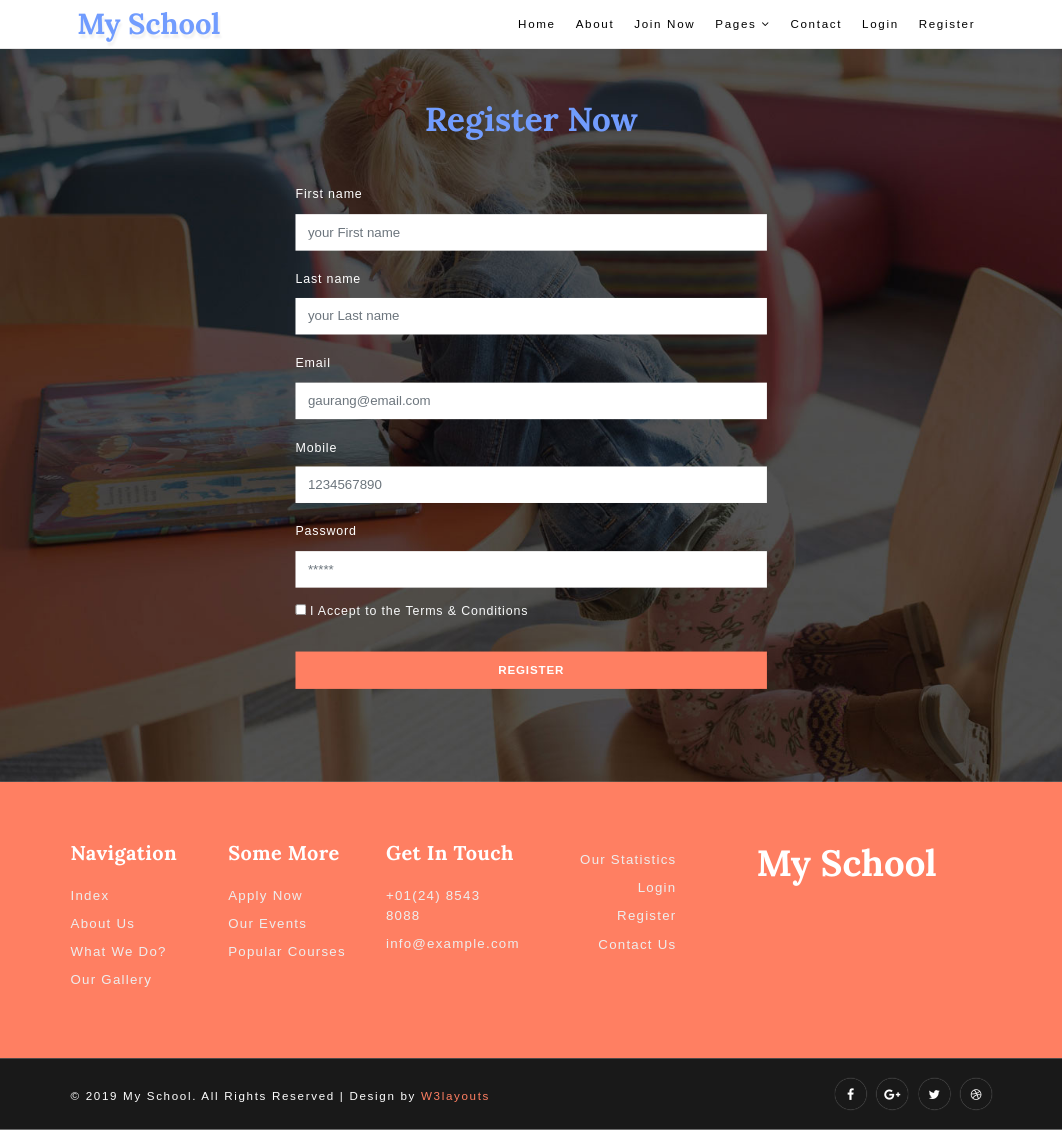
Repository: Gaurangdalvadi6/Web_Technologies_in_JAVA
Page: http://localhost/advance_java_assignment/register.jsp
These files come from the project's save history. The page is drawn as it stood at one moment and after the next save; the edit follows.
The browser window is 1280 px wide. The pictures show the whole page, at 83% of full size.
Some web fonts or font styles are not loaded; a fallback is used. The page is served by Tomcat 9. Other server files are loaded and not shown.

Above is the page before, as saved 2023-04-27 13:30:59.

### advance_java_assignment/src/main/webapp/register.jsp
<%@ page language="java" contentType="text/html; charset=UTF-8"
    pageEncoding="UTF-8"%>
<!--
Author: W3layouts
Author URL: http://w3layouts.com
License: Creative Commons Attribution 3.0 Unported
License URL: http://creativecommons.org/licenses/by/3.0/
-->
<!DOCTYPE HTML>
<html lang="zxx">

<head>
    <title>My School Education Category Bootstrap Responsive website Template | Register :: w3layouts</title>
    <!-- Meta tag Keywords -->
    <meta name="viewport" content="width=device-width, initial-scale=1">
    <meta charset="UTF-8" />
    <meta name="keywords" content="My School Responsive web template, Bootstrap Web Templates, Flat Web Templates, Android Compatible web template, Smartphone Compatible web template, free webdesigns for Nokia, Samsung, LG, SonyEricsson, Motorola web design" />
    <script>
        addEventListener("load", function () {
			setTimeout(hideURLbar, 0);
		}, false);

		function hideURLbar() {
			window.scrollTo(0, 1);
		}
	</script>
    <!-- //Meta tag Keywords -->

    <!-- Custom-Files -->
    <link href="css/bootstrap.css" rel='stylesheet' type='text/css' />
    <!-- Bootstrap-CSS -->
    <link href="css/style.css" rel='stylesheet' type='text/css' />
    <!-- Style-CSS -->
    <link href="css/font-awesome.min.css" rel="stylesheet">
    <!-- Font-Awesome-Icons-CSS -->
    <!-- //Custom-Files -->

    <!-- Web-Fonts -->
    <link href="//fonts.googleapis.com/css?family=Lora:400,400i,700,700i&amp;subset=cyrillic,cyrillic-ext,latin-ext,vietnamese"
        rel="stylesheet">
    <link href="//fonts.googleapis.com/css?family=Dosis:200,300,400,500,600,700,800&amp;subset=latin-ext" rel="stylesheet">
    <!-- //Web-Fonts -->
</head>

<body>
    <!-- header -->
    <header>
        <div class="container">
            <div class="header d-lg-flex justify-content-between align-items-center py-2 px-sm-2 px-1">
                <!-- logo -->
                <div id="logo">
                    <h1><a href="index.html">My School</a></h1>
                </div>
                <!-- //logo -->
                <!-- nav -->
                <div class="nav_w3ls ml-lg-5">
                    <nav>
                        <label for="drop" class="toggle">Menu</label>
                        <input type="checkbox" id="drop" />
                        <ul class="menu">
                            <li><a href="index.html">Home</a></li>
                            <li><a href="index.html">About</a></li>
                            <li><a href="index.html">Join Now</a></li>
                            <li>
                                <!-- First Tier Drop Down -->
                                <label for="drop-2" class="toggle toogle-2">Pages <span class="fa fa-angle-down"
                                        aria-hidden="true"></span>
                                </label>
                                <a href="#">Pages <span class="fa fa-angle-down" aria-hidden="true"></span></a>
                                <input type="checkbox" id="drop-2" />
                                <ul>
                                    <li><a href="index.html" class="drop-text">Events</a></li>
                                    <li><a href="index.html" class="drop-text">What We Do?</a></li>
                                    <li><a href="index.html" class="drop-text">Popular Courses</a></li>
                                    <li><a href="index.html" class="drop-text">Statistics</a></li>
                                    <li><a href="index.html" class="drop-text">Gallery</a></li>
                                </ul>
                            </li>
                            <li><a href="index.html">Contact</a></li>
                            <li><a href="login.html">Login</a></li>
                            <li><a href="register.html">Register</a></li>
                        </ul>
                    </nav>
                </div>
                <!-- //nav -->
            </div>
        </div>
    </header>
    <!-- //header -->

    <!-- inner banner -->
    <div class="inner-banner-w3ls py-5" id="home">
        <div class="container py-xl-5 py-lg-3">
            <!-- register  -->
            <div class="modal-body mt-md-2 mt-5">
                <h3 class="title-w3 mb-5 text-center text-wh font-weight-bold">Register Now</h3>
                <form action="#" method="post">
                    <div class="form-group">
                        <label class="col-form-label">First name</label>
                        <input type="text" class="form-control" placeholder="your First name" name="fname" required="">
                    </div>
                    <div class="form-group">
                        <label class="col-form-label">Last name</label>
                        <input type="text" class="form-control" placeholder="your Last name" name="lname" required="">
                    </div>
                    <div class="form-group">
                        <label class="col-form-label">Email</label>
                        <input type="email" class="form-control" placeholder="gaurang@email.com" name="email"
                            required="">
                    </div>
                    <div class="form-group">
                        <label class="col-form-label">Mobile</label>
                        <input type="tel" class="form-control" placeholder="1234567890" name="mobile"
                            required="" min="10" maxlength="10">
                    </div>
                    <div class="form-group">
                        <label class="col-form-label">Password</label>
                        <input type="password" class="form-control" placeholder="*****" name="Password" required="">
                    </div>
                    <div class="sub-w3l my-3">
                        <div class="sub-w3layouts_hub">
                            <input type="checkbox" id="brand1" value="">
                            <label for="brand1" class="text-li text-style-w3ls">
                                <span></span>I Accept to the Terms & Conditions</label>
                        </div>
                    </div>
                    <button type="submit" class="btn button-style-w3">Register</button>
                </form>
            </div>
            <!-- //register -->
        </div>
    </div>
    <!-- //inner banner -->

    <!-- footer -->
    <footer class="py-5">
        <div class="container py-xl-4 py-lg-3">
            <div class="row footer-grids">
                <div class="col-lg-2 col-6 footer-grid">
                    <h3 class="mb-sm-4 mb-3">Navigation</h3>
                    <ul class="list-unstyled">
                        <li>
                            <a href="index.html">Index</a>
                        </li>
                        <li>
                            <a href="index.html">About Us</a>
                        </li>
                        <li>
                            <a href="index.html">What We Do?</a>
                        </li>
                        <li>
                            <a href="index.html">Our Gallery</a>
                        </li>
                    </ul>
                </div>
                <div class="col-lg-2 col-6 footer-grid">
                    <h3 class="mb-sm-4 mb-3">Some More</h3>
                    <ul class="list-unstyled">
                        <li>
                            <a href="index.html">Apply Now</a>
                        </li>
                        <li>
                            <a href="index.html">Our Events</a>
                        </li>
                        <li>
                            <a href="index.html">Popular Courses</a>
                        </li>
                    </ul>
                </div>
                <div class="col-lg-2 col-6 footer-grid footer-contact mt-lg-0 mt-4">
                    <h3 class="mb-sm-4 mb-3">Get In Touch</h3>
                    <ul class="list-unstyled">
                        <li>
                            +01(24) 8543 8088
                        </li>
                        <li>
                            <a href="mailto:info@example.com">info@example.com</a>
                        </li>
                    </ul>
                </div>
                <div class="col-lg-2 col-6 footer-grid text-lg-right">
                    <ul class="list-unstyled">
                        <li>
                            <a href="index.html">Our Statistics</a>
                        </li>
                        <li>
                            <a href="login.html">Login</a>
                        </li>
                        <li>
                            <a href="register.html">Register</a>
                        </li>
                        <li>
                            <a href="index.html">Contact Us</a>
                        </li>
                    </ul>
                </div>
                <div class="col-lg-4 footer-grid mt-lg-0 mt-4">
                    <div class="footer-logo">
                        <h2 class="text-lg-center text-center">
                            <a class="logo text-wh font-weight-bold" href="index.html">
                                My School</a>
                        </h2>
                    </div>
                </div>
            </div>
        </div>
    </footer>
    <!-- //footer -->
    <!-- copyright -->
    <div class="copyright-w3ls py-4">
        <div class="container">
            <div class="row">
                <!-- copyright -->
                <p class="col-lg-8 copy-right-grids text-wh text-lg-left text-center mt-lg-2">© 2019 My School. All
                    Rights Reserved | Design by
                    <a href="https://w3layouts.com/" target="_blank">W3layouts</a>
                </p>
                <!-- //copyright -->
                <!-- social icons -->
                <div class="col-lg-4 w3social-icons text-lg-right text-center mt-lg-0 mt-3">
                    <ul>
                        <li>
                            <a href="#" class="rounded-circle">
                                <span class="fa fa-facebook-f"></span>
                            </a>
                        </li>
                        <li class="px-2">
                            <a href="#" class="rounded-circle">
                                <span class="fa fa-google-plus"></span>
                            </a>
                        </li>
                        <li>
                            <a href="#" class="rounded-circle">
                                <span class="fa fa-twitter"></span>
                            </a>
                        </li>
                        <li class="pl-2">
                            <a href="#" class="rounded-circle">
                                <span class="fa fa-dribbble"></span>
                            </a>
                        </li>
                    </ul>
                </div>
                <!-- //social icons -->
            </div>
        </div>
    </div>
    <!-- //copyright -->
    <!-- move top icon -->
    <a href="#home" class="move-top text-center">
        <span class="fa fa-angle-double-up" aria-hidden="true"></span>
    </a>
    <!-- //move top icon -->

</body>

</html>

Loaded but not shown: advance_java_assignment/src/main/webapp/css/bootstrap.css (library); advance_java_assignment/src/main/webapp/css/font-awesome.min.css (library); advance_java_assignment/src/main/webapp/css/style.css (1771 lines, source omitted)

After the next save:
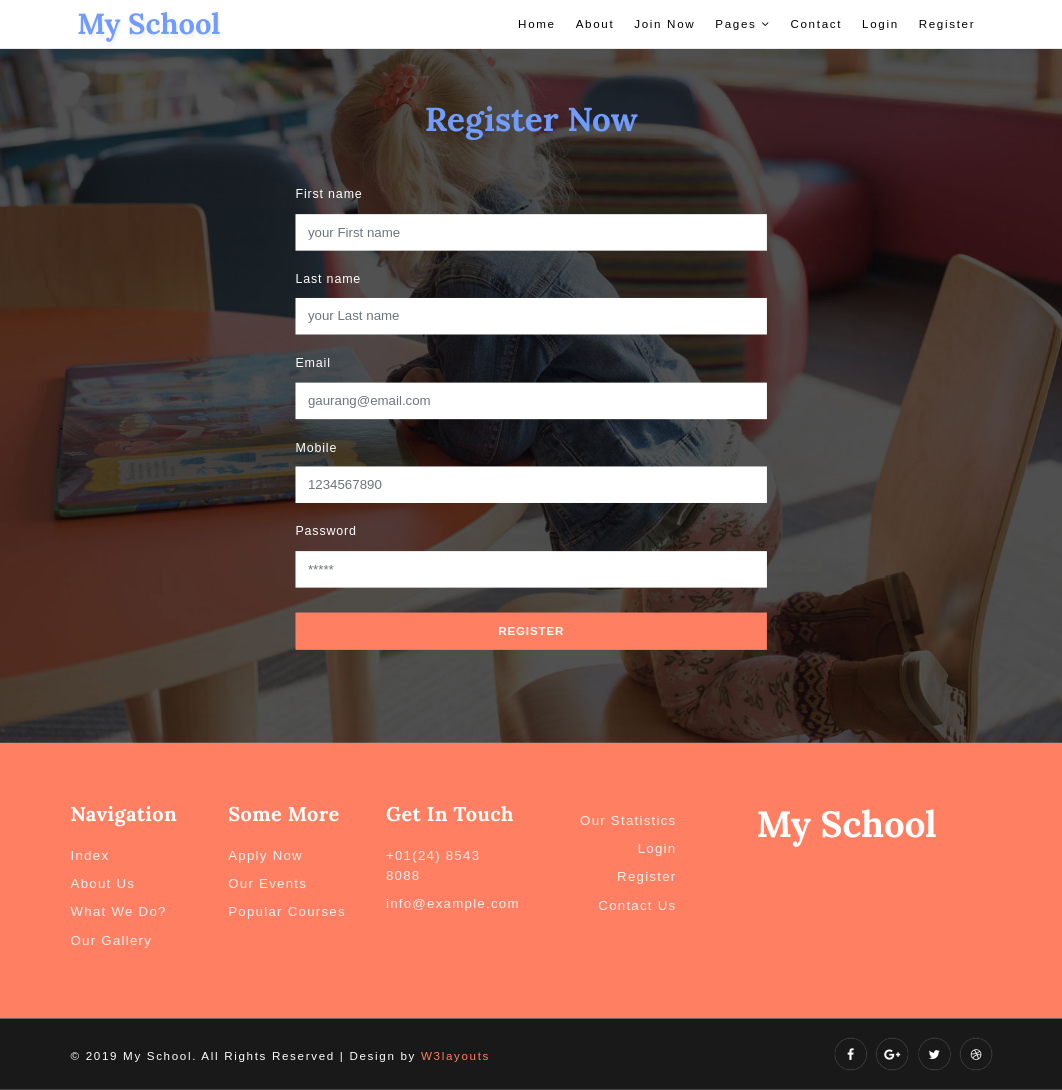
Saved 48 s later.
--- a/advance_java_assignment/src/main/webapp/register.jsp
+++ b/advance_java_assignment/src/main/webapp/register.jsp
@@ -117,13 +117,6 @@ License URL: http://creativecommons.org/licenses/by/3.0/
                         <label class="col-form-label">Password</label>
                         <input type="password" class="form-control" placeholder="*****" name="Password" required="">
                     </div>
-                    <div class="sub-w3l my-3">
-                        <div class="sub-w3layouts_hub">
-                            <input type="checkbox" id="brand1" value="">
-                            <label for="brand1" class="text-li text-style-w3ls">
-                                <span></span>I Accept to the Terms & Conditions</label>
-                        </div>
-                    </div>
                     <button type="submit" class="btn button-style-w3">Register</button>
                 </form>
             </div>
